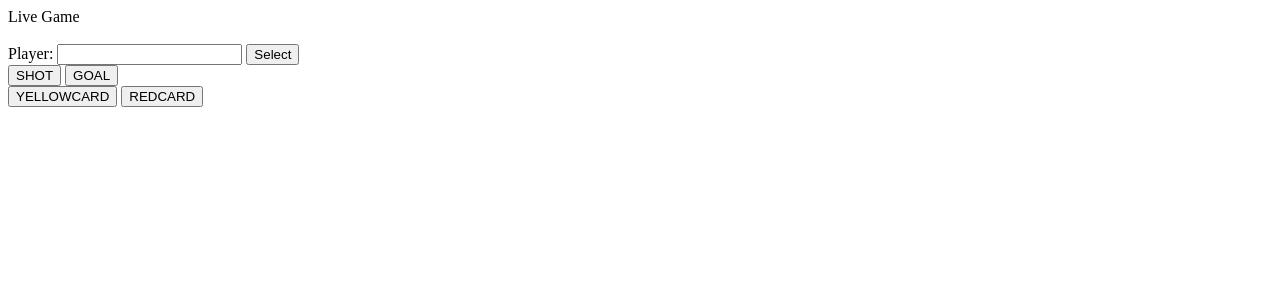
Repository: FredGlozman/SwiftScore
Page: SwiftScore/LiveScoreKeeping.html
The author's editor kept a copy of each file at every save. The page is drawn from the files as they stood at one save, then again after the next save.
The browser window is 1280 px wide. The pictures show the whole page.

Above is the page before, as saved 2015-12-02 13:42:22.

After the next save:
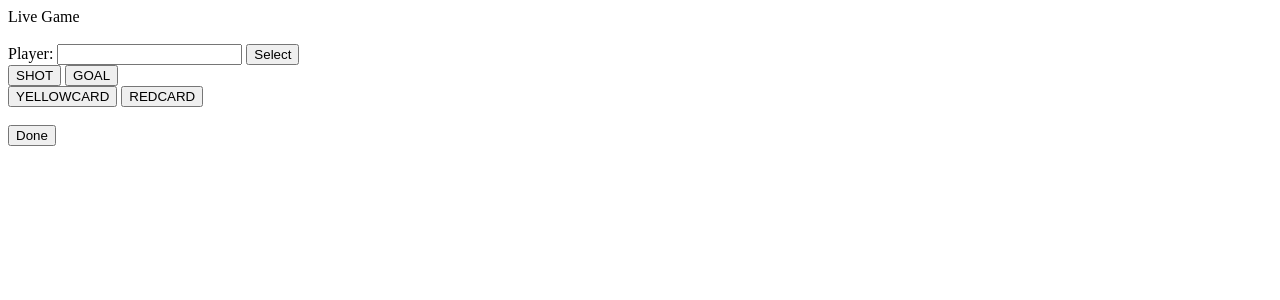
Saved 10 min 35 s later.
--- a/SwiftScore/LiveScoreKeeping.html
+++ b/SwiftScore/LiveScoreKeeping.html
@@ -13,7 +13,8 @@ Player: <input type="text" name="player"> <input type= "submit" value= "Select">
  <br>
   <input type= "submit" name= "action" value= "YELLOWCARD">
   <input type= "submit" name= "action" value= "REDCARD">
-
+   <br> <br>
+<input type= "submit" name= "action" value= "Done">
 </form>
 </body>
 </html>
